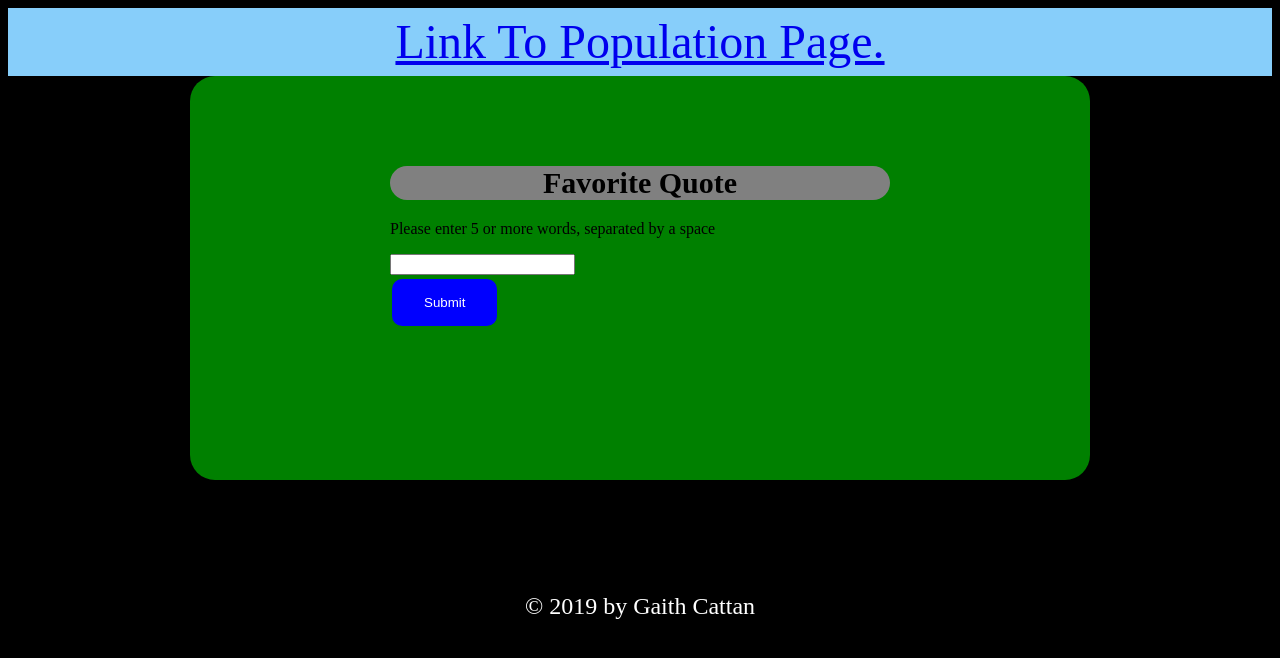
Repository: GaithCattan/COSW30
Page: labwork/lab5/favoritequote.html
The author's editor kept a record of every edit. The page is drawn from the files as they stood at one moment, then again after the next edit.
The browser window is 1280 px wide. The pictures show the whole page.

Above is the page before.

### labwork/lab5/favoritequote.html

<!doctype html>
<html>
    <head>
         <meta charset="utf-8">
         <title>Favorite Quote</title>
        <style>
          body {background-color: black;
                background-position: center;
                background-repeat: no-repeat;}
          h1 {text-align: center; font-size: 30px; margin-top: 40px;
              border-radius: 25px; margin-left: auto; margin-right: auto;
              background-color: grey;}
          #container {width: 900px;	margin-left: auto;	margin-right: auto;	padding-top: 50px;	padding-bottom: 150px; border-radius: 25px;	background-color: green;}
          #texting {width: 500px; display: block; margin-left: auto; margin-right: auto;}
          input[type=submit] {background-color: blue; border: none; border-radius: 10px;  color: white;  padding: 16px 32px;  text-decoration: none;  margin: 4px 2px;  cursor: pointer;}
          header {margin: 0; color: black; background-color: lightskyblue; padding: 0.5%; text-align: center; font-size: 3em;}
          footer {font-size: 1.5em; color: white; text-align: center; margin-top: 9%;}
        </style>

    </head>
    <body>

        <header>
            <a href="https://0cd32b34e5164bbab8e00106b3cc302a.vfs.cloud9.us-east-1.amazonaws.com/labwork/lab5/population.php">Link To Population Page.</a>


        </header>

        <div id="container">
        <div id="texting">

        <h1>Favorite Quote</h1>
        <p>Please enter 5 or more words, separated by a space</p>

        <form action="process_favoritequote.php" method="POST">

            <input type="text" id="text" name="text">
            <br>

            <input type="submit" name="submit" value="Submit"/>


        </form>


        </div>
        </div>


    </body>

    <footer>
        <p>&copy; 2019 by Gaith Cattan</p>
    </footer>

</html>

After the next edit:
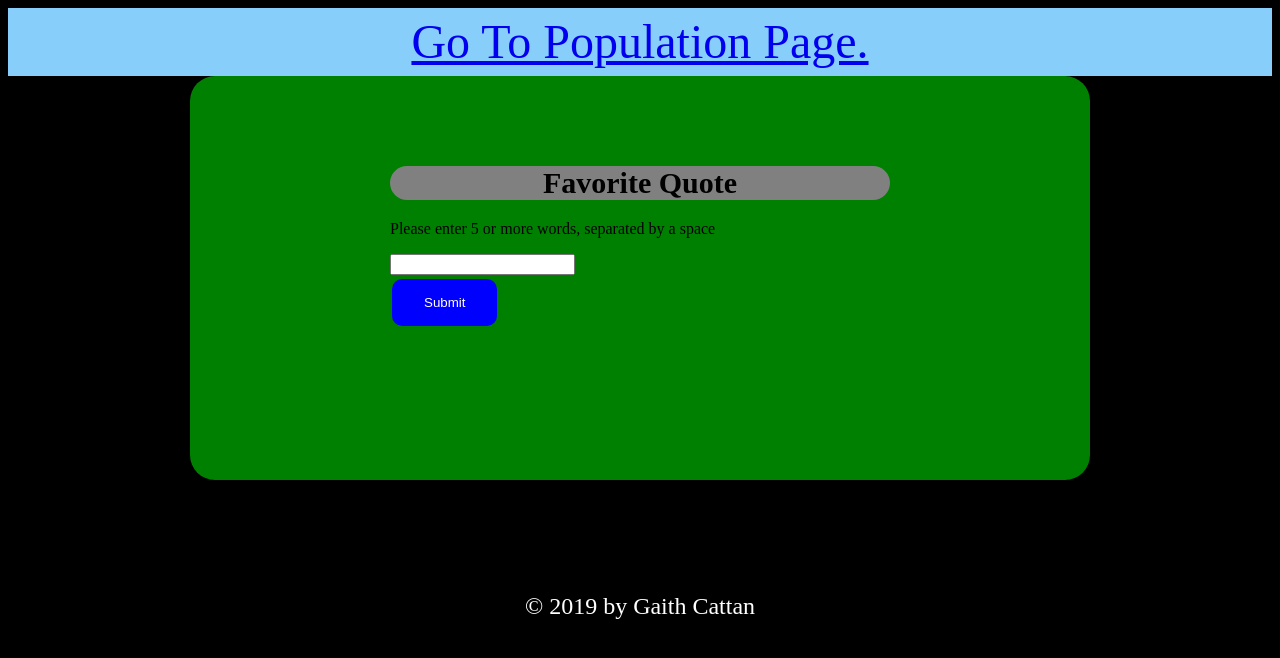
The edit:
--- a/labwork/lab5/favoritequote.html
+++ b/labwork/lab5/favoritequote.html
@@ -22,7 +22,7 @@
     <body>
 
         <header>
-            <a href="https://0cd32b34e5164bbab8e00106b3cc302a.vfs.cloud9.us-east-1.amazonaws.com/labwork/lab5/population.php">Link To Population Page.</a>
+            <a href="https://0cd32b34e5164bbab8e00106b3cc302a.vfs.cloud9.us-east-1.amazonaws.com/labwork/lab5/population.php">Go To Population Page.</a>
 
 
         </header>
